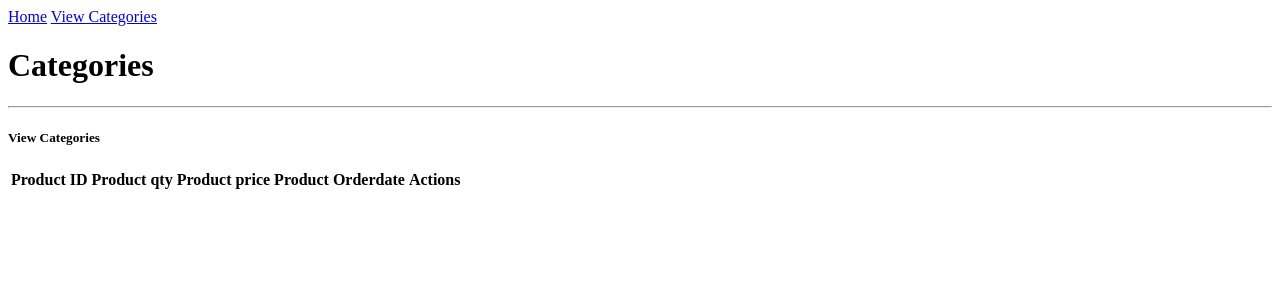
Repository: Raisul1239/Test
Page: resources/views/product/view-product.blade.php
An editor plug-in stored every save of this project. The page is shown before and after the next save, followed by the edit.
The browser window is 1280 px wide. The pictures show the whole page.
The page is served by the project's Laravel application, run on PHP 8.4 with Laravel 8. The template is opened directly, without the code that normally fills it, so the values that code supplies are empty.

Above is the page before, as saved 2020-09-09 14:41:43.

After the next save:
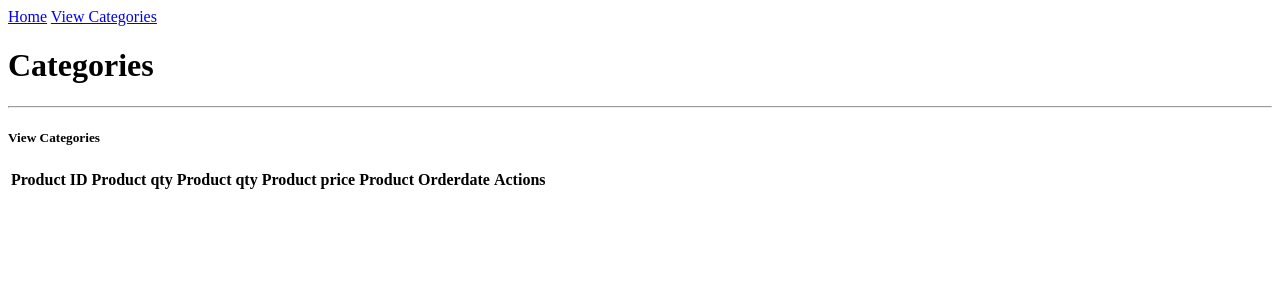
Saved 19 s later.
--- a/resources/views/product/view-product.blade.php
+++ b/resources/views/product/view-product.blade.php
@@ -30,6 +30,8 @@
                             <thead>
                                 <tr>
                                     <th>Product ID</th>
+                                    <th>Product qty</th>
+
                                     <th>Product qty</th>
                                     <th>Product price</th>
                                     <th>Product Orderdate</th>
